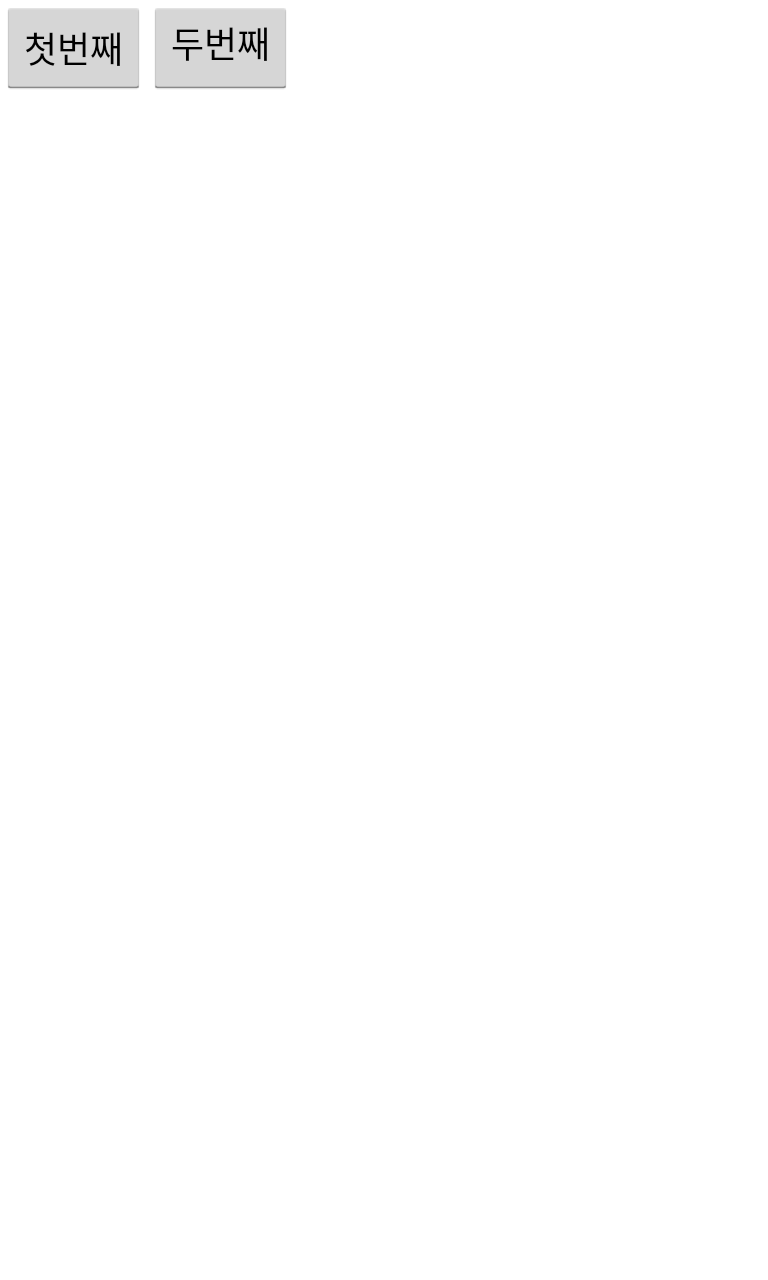
Repository: pajamasi726/AndroidExample
Layout: AndroidExample/Study_Fragment/res/layout/activity_main.xml
An editor plug-in stored every save of this project. The layout is shown before and after the next save, followed by the edit.
It is drawn on a 768 x 1280 px phone screen (xhdpi) without system bars, with theme AppTheme; the app's code is not run.

Above is the layout before, as saved 2016-02-20 02:26:32.

After the next save:
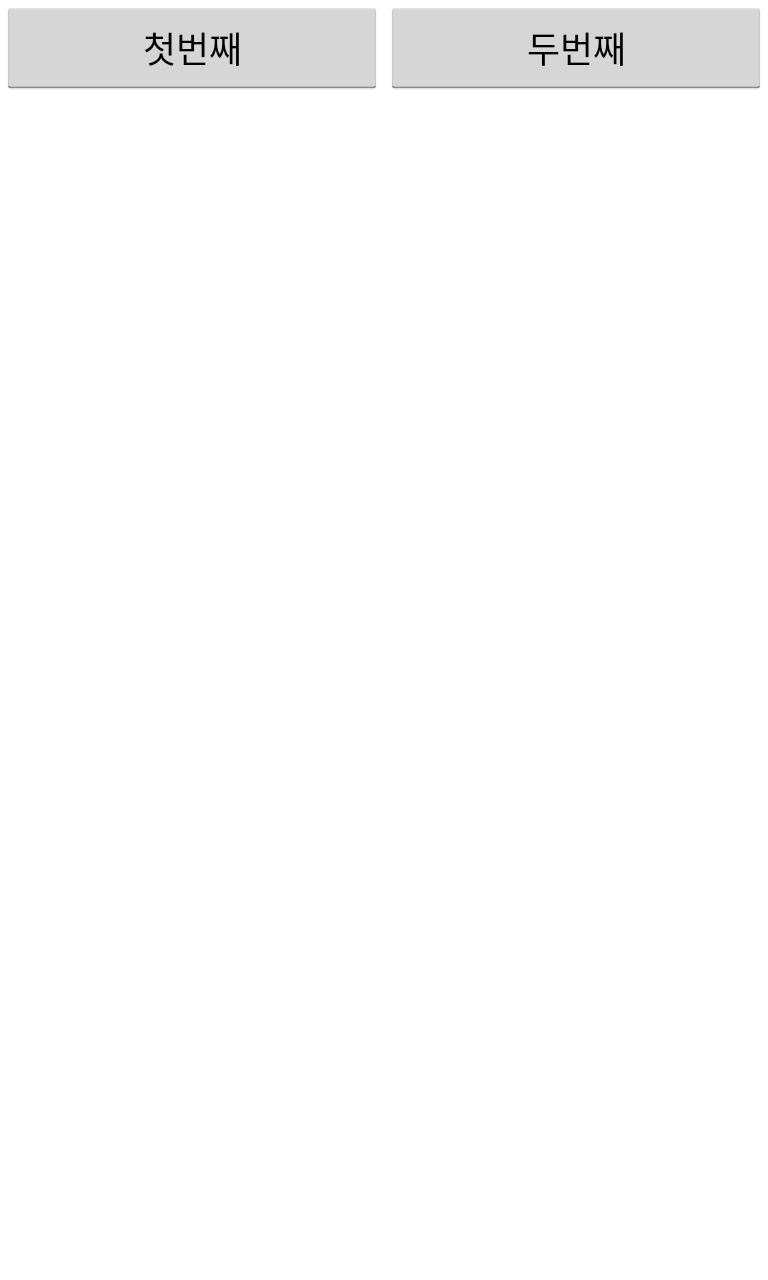
Saved 20 s later.
--- a/AndroidExample/Study_Fragment/res/layout/activity_main.xml
+++ b/AndroidExample/Study_Fragment/res/layout/activity_main.xml
@@ -16,7 +16,7 @@
             android:layout_width="wrap_content"
             android:layout_height="wrap_content"
             android:onClick="onClick"
-            android:layout_gravity="1"
+            android:layout_weight="1"
             android:text="첫번째" />
 
         <Button
@@ -24,7 +24,7 @@
             android:layout_width="wrap_content"
             android:layout_height="wrap_content"
             android:onClick="onClick"
-            android:gravity="1"
+            android:layout_weight="1"
             android:text="두번째" />
 
     </LinearLayout>
